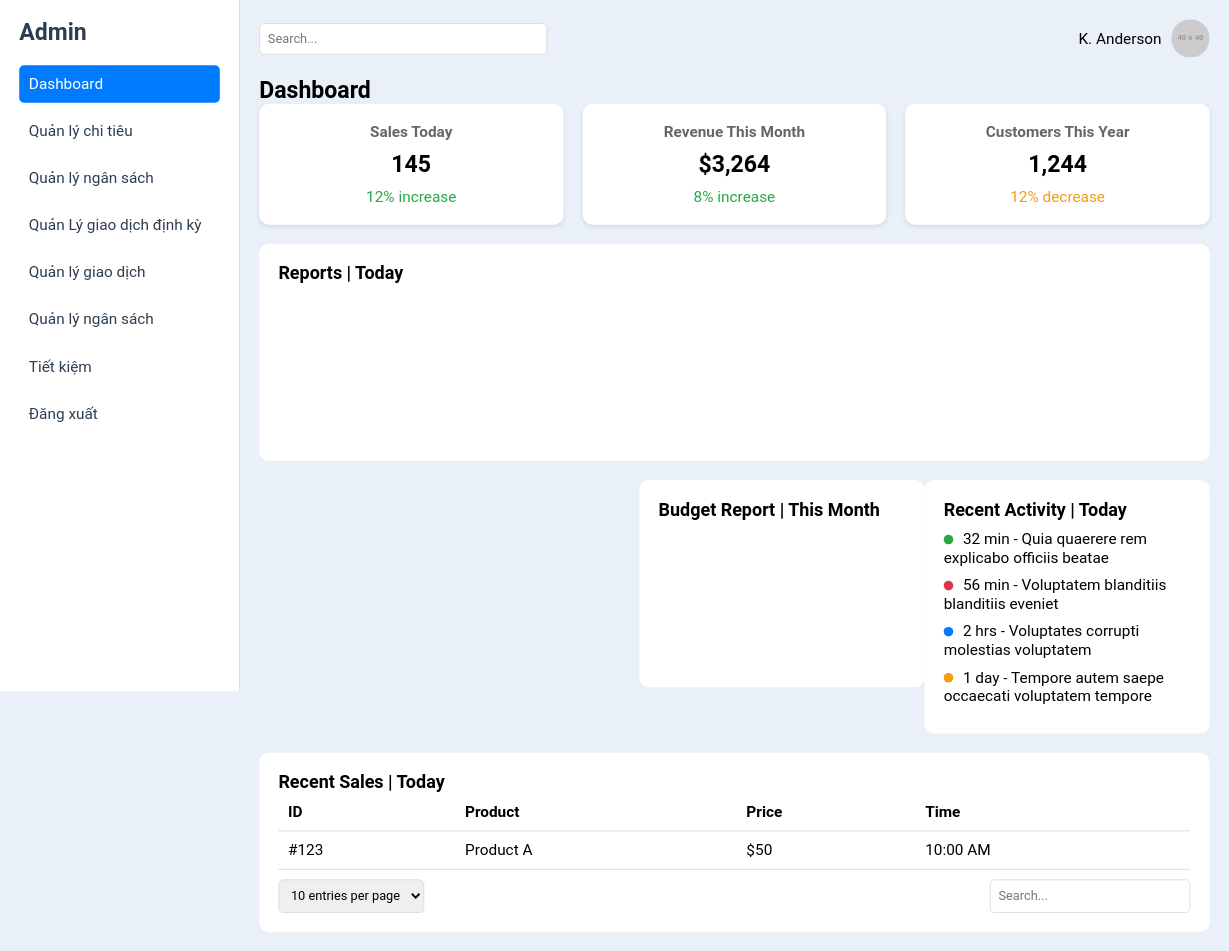
Repository: PhanVanHoa051204/Project3
Page: http://localhost/Project3/dashboard.jsp
The author's editor kept a copy of each file at every save. The page is drawn from the files as they stood at one save, then again after the next save.
The browser window is 1280 px wide. The pictures show the whole page, at 96% of full size.
The page is served by Tomcat 9. Other server files are loaded and not shown.

Above is the page before, as saved 2025-03-12 13:54:10.
Console error: ReferenceError: Chart is not defined

### PhanVanHoa_2210900023_K22CNT1/Project3/src/main/webapp/dashboard.jsp
<%@ page language="java" contentType="text/html; charset=UTF-8" pageEncoding="UTF-8"%>
<!DOCTYPE html>
<html lang="en">
<head>
    <meta charset="UTF-8">
    <meta name="viewport" content="width=device-width, initial-scale=1.0">
    <title>Admin</title>
    <link rel="stylesheet" href="style.css">

</head>
<body>
    <div class="container">
        <!-- Sidebar -->
        <div class="sidebar">
            <div class="logo">Admin</div>
            <ul>
                <li class="active"><a href="#">Dashboard</a></li>
                <li><a href="#">Quản lý chi tiêu</a></li>
                <li><a href="#">Quản lý ngân sách</a></li>
                <li><a href="#">Quản Lý giao dịch định kỳ</a></li>
                <li><a href="#">Quản lý giao dịch</a></li>
                <li><a href="#">Quản lý ngân sách</a></li>
                <li><a href="#">Tiết kiệm</a></li>
                <li><a href="#">Đăng xuất</a></li>

            </ul>
        </div>

        <!-- Main Content -->
        <div class="main-content">
            <!-- Header -->
            <header>
                <div class="search-bar">
                    <input type="text" placeholder="Search...">
                </div>
                <div class="user-info">
                    <span>K. Anderson</span>
                    <img src="https://via.placeholder.com/40" alt="User Avatar" class="avatar">
                </div>
            </header>

            <!-- Dashboard Content -->
            <div class="dashboard-content">
                <h2>Dashboard</h2>

                <!-- Top Cards -->
                <div class="cards">
                    <div class="card">
                        <h3>Sales Today</h3>
                        <p>145</p>
                        <span class="increase">12% increase</span>
                    </div>
                    <div class="card">
                        <h3>Revenue This Month</h3>
                        <p>$3,264</p>
                        <span class="increase">8% increase</span>
                    </div>
                    <div class="card">
                        <h3>Customers This Year</h3>
                        <p>1,244</p>
                        <span class="decrease">12% decrease</span>
                    </div>
                </div>

                <!-- Reports Chart -->
                <div class="chart-section">
                    <h3>Reports | Today</h3>
                    <canvas id="reportsChart"></canvas>
                </div>

                <!-- Recent Activity -->
                <div class="recent-activity">
                    <h3>Recent Activity | Today</h3>
                    <ul>
                        <li><span class="dot green"></span>32 min - Quia quaerere rem explicabo officiis beatae</li>
                        <li><span class="dot red"></span>56 min - Voluptatem blanditiis blanditiis eveniet</li>
                        <li><span class="dot blue"></span>2 hrs - Voluptates corrupti molestias voluptatem</li>
                        <li><span class="dot yellow"></span>1 day - Tempore autem saepe occaecati voluptatem tempore</li>
                    </ul>
                </div>

                <!-- Budget Report -->
                <div class="budget-report">
                    <h3>Budget Report | This Month</h3>
                    <canvas id="budgetChart"></canvas>
                </div>

                <!-- Recent Sales -->
                <div class="recent-sales">
                    <h3>Recent Sales | Today</h3>
                    <table>
                        <thead>
                            <tr>
                                <th>ID</th>
                                <th>Product</th>
                                <th>Price</th>
                                <th>Time</th>
                            </tr>
                        </thead>
                        <tbody>
                            <tr>
                                <td>#123</td>
                                <td>Product A</td>
                                <td>$50</td>
                                <td>10:00 AM</td>
                            </tr>
                            <!-- Thêm dữ liệu mẫu -->
                        </tbody>
                    </table>
                    <div class="table-footer">
                        <select>
                            <option>10 entries per page</option>
                        </select>
                        <input type="text" placeholder="Search...">
                    </div>
                </div>
            </div>
        </div>
    </div>

    <!-- JavaScript để vẽ biểu đồ -->
    <script>
        // Reports Chart
        const ctx1 = document.getElementById('reportsChart').getContext('2d');
        new Chart(ctx1, {
            type: 'line',
            data: {
                labels: ['00:00', '01:00', '02:00', '03:00', '04:00', '05:00', '06:00'],
                datasets: [
                    {
                        label: 'Sales',
                        data: [20, 40, 30, 60, 50, 40, 30],
                        borderColor: '#007BFF',
                        fill: false
                    },
                    {
                        label: 'Revenue',
                        data: [10, 30, 50, 40, 30, 20, 10],
                        borderColor: '#28A745',
                        fill: false
                    },
                    {
                        label: 'Customers',
                        data: [30, 20, 25, 35, 20, 15, 10],
                        borderColor: '#F39C12',
                        fill: false
                    }
                ]
            },
            options: {
                scales: {
                    y: { beginAtZero: true }
                }
            }
        });

        // Budget Chart (Radar)
        const ctx2 = document.getElementById('budgetChart').getContext('2d');
        new Chart(ctx2, {
            type: 'radar',
            data: {
                labels: ['Administration', 'Marketing', 'Development', 'on Technology'],
                datasets: [
                    {
                        label: 'Allocated Budget',
                        data: [65, 59, 90, 81],
                        backgroundColor: 'rgba(0, 123, 255, 0.2)',
                        borderColor: '#007BFF'
                    },
                    {
                        label: 'Actual Spending',
                        data: [28, 48, 40, 19],
                        backgroundColor: 'rgba(40, 167, 69, 0.2)',
                        borderColor: '#28A745'
                    }
                ]
            }
        });
    </script>
</body>
</html>

### PhanVanHoa_2210900023_K22CNT1/Project3/src/main/webapp/style.css
* {
    margin: 0;
    padding: 0;
    box-sizing: border-box;
    font-family: 'Roboto', sans-serif;
}

body {
    background-color: #E9F0F7;
}

.container {
    display: flex;
}

/* Sidebar */
.sidebar {
    width: 250px;
    background-color: #fff;
    padding: 20px;
    height: 100vh;
    border-right: 1px solid #ddd;
}

.logo {
    font-size: 24px;
    font-weight: bold;
    color: #2C3E50;
    margin-bottom: 20px;
}

.sidebar ul {
    list-style: none;
}

.sidebar ul li {
    margin: 10px 0;
}

.sidebar ul li a {
    text-decoration: none;
    color: #2C3E50;
    display: block;
    padding: 10px;
    border-radius: 5px;
}

.sidebar ul li.active a {
    background-color: #007BFF;
    color: #fff;
}

/* Main Content */
.main-content {
    flex: 1;
    padding: 20px;
}

header {
    display: flex;
    justify-content: space-between;
    align-items: center;
    margin-bottom: 20px;
}

.search-bar input {
    padding: 8px;
    border: 1px solid #ddd;
    border-radius: 5px;
    width: 300px;
}

.user-info {
    display: flex;
    align-items: center;
}

.user-info span {
    margin-right: 10px;
}

.avatar {
    width: 40px;
    height: 40px;
    border-radius: 50%;
}

/* Cards */
.cards {
    display: flex;
    gap: 20px;
    margin-bottom: 20px;
}

.card {
    background-color: #fff;
    padding: 20px;
    border-radius: 10px;
    flex: 1;
    text-align: center;
    box-shadow: 0 2px 5px rgba(0, 0, 0, 0.1);
}

.card h3 {
    font-size: 16px;
    color: #666;
}

.card p {
    font-size: 24px;
    font-weight: bold;
    margin: 10px 0;
}

.increase {
    color: #28A745;
}

.decrease {
    color: #F39C12;
}

/* Chart Section */
.chart-section {
    background-color: #fff;
    padding: 20px;
    border-radius: 10px;
    margin-bottom: 20px;
}

.chart-section h3 {
    margin-bottom: 10px;
}

/* Recent Activity */
.recent-activity {
    background-color: #fff;
    padding: 20px;
    border-radius: 10px;
    margin-bottom: 20px;
    width: 30%;
    float: right;
}

.recent-activity ul {
    list-style: none;
}

.recent-activity li {
    margin: 10px 0;
}

.dot {
    display: inline-block;
    width: 10px;
    height: 10px;
    border-radius: 50%;
    margin-right: 10px;
}

.green { background-color: #28A745; }
.red { background-color: #DC3545; }
.blue { background-color: #007BFF; }
.yellow { background-color: #F39C12; }

/* Budget Report */
.budget-report {
    background-color: #fff;
    padding: 20px;
    border-radius: 10px;
    width: 30%;
    float: right;
    margin-bottom: 20px;
}

/* Recent Sales */
.recent-sales {
    background-color: #fff;
    padding: 20px;
    border-radius: 10px;
    clear: both;
}

.recent-sales table {
    width: 100%;
    border-collapse: collapse;
}

.recent-sales th, .recent-sales td {
    padding: 10px;
    text-align: left;
    border-bottom: 1px solid #ddd;
}

.table-footer {
    display: flex;
    justify-content: space-between;
    margin-top: 10px;
}

.table-footer select, .table-footer input {
    padding: 8px;
    border: 1px solid #ddd;
    border-radius: 5px;
}

After the next save:
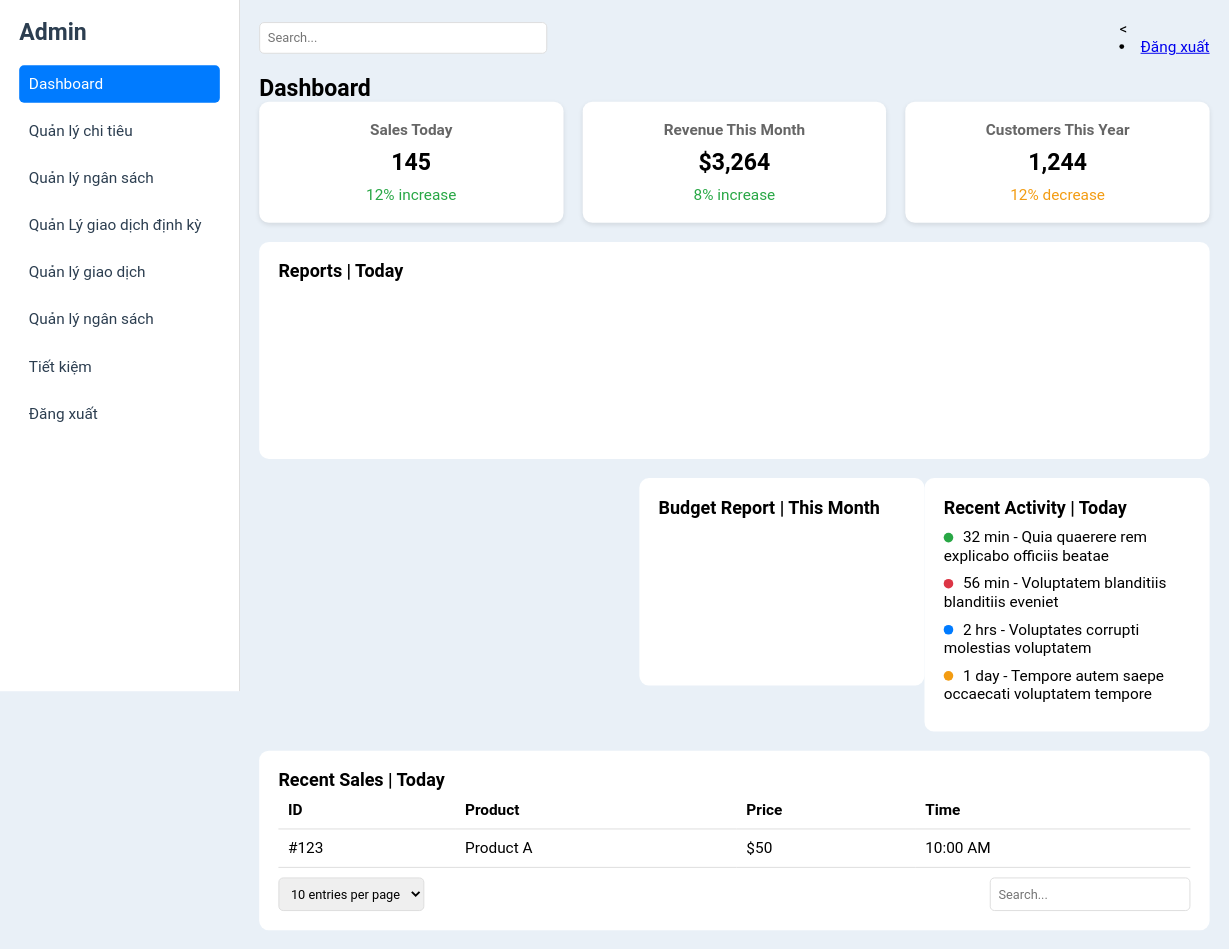
Saved 44 s later.
--- a/PhanVanHoa_2210900023_K22CNT1/Project3/src/main/webapp/dashboard.jsp
+++ b/PhanVanHoa_2210900023_K22CNT1/Project3/src/main/webapp/dashboard.jsp
@@ -33,9 +33,8 @@
                 <div class="search-bar">
                     <input type="text" placeholder="Search...">
                 </div>
-                <div class="user-info">
-                    <span>K. Anderson</span>
-                    <img src="https://via.placeholder.com/40" alt="User Avatar" class="avatar">
+                <div class="">
+                    <<li><a href="#">Đăng xuất</a></li>
                 </div>
             </header>
 
